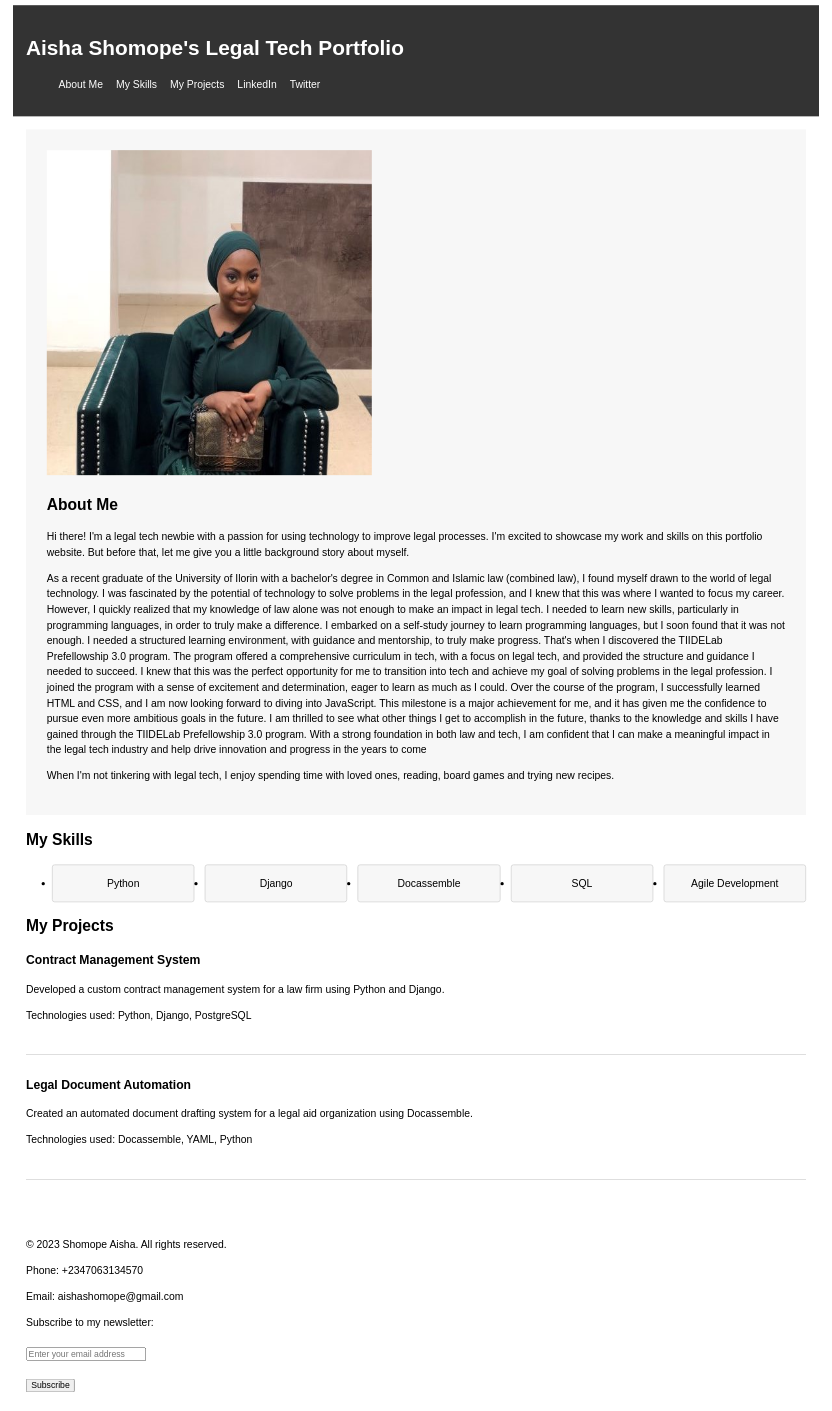
Repository: Iyewande/AishasPortfolio
Page: Index.html
The author's editor kept a copy of each file at every save. The page is drawn from the files as they stood at one save, then again after the next save.
The browser window is 1280 px wide. The pictures show the whole page, at 65% of full size.

Above is the page before, as saved 2023-04-30 20:13:05.

### Index.html
<!DOCTYPE html>
<html lang="en">
    <head>
        <meta charset="UTF-8">
        <meta http-equiv="X-UA-Compatible" content="IE=edge">
        <meta name="viewport" content="width=device-width, initial-scale=1.0">
        <title>My Legal Tech Portfolio</title>
        <link rel="stylesheet" href="Style.css">
    </head>
    <body>
        <!-- This HTML code creates a simple portfolio website with three main sections: About Me, My Projects, and My Skills.
            The navigation menu allows visitors to easily navigate between the sections of the website. The CSS styling for
            this website is located in a separate style.css file. -->
        <header>
            <h1> Aisha Shomope's Legal Tech Portfolio </h1>
            <nav>
                <ul>
                    <li><a href="#about">About Me</a></li>
                    <li><a href="#skills">My Skills</a></li>
                    <li><a href="#projects">My Projects</a></li>
                    <li><a href="https://www.linkedin.com/in/yourprofile/">LinkedIn</a></li>
                    <li><a href="https://twitter.com/yourhandle/">Twitter</a></li>
                  </ul>
            </nav>
        </header>
        <main>
            <section id="about">
                <div class="main-container"></div>
                <img src="E17CF07F-F5B1-4C94-9C3E-8D25C5FEC29B.jpg" alt="A picture of me" height="500" width="500">
                <h2>About Me</h2>
                <p>Hi there! I'm a legal tech newbie with a passion for using technology to improve legal processes. I'm excited to
                    showcase my work and skills on this portfolio website. But before that, let me give you a little background story about myself.</p>
                <article>
                    As a recent graduate of the University of Ilorin with a bachelor's degree in Common and Islamic law (combined law), I found myself drawn to the world of legal technology. I was fascinated by the potential of technology to solve problems in the legal profession, and I knew that this was where I wanted to focus my career.
                    However, I quickly realized that my knowledge of law alone was not enough to make an impact in legal tech. I needed to learn new skills, particularly in programming languages, in order to truly make a difference. I embarked on a self-study journey to learn programming languages, but I soon found that it was not enough. I needed a structured learning environment, with guidance and mentorship, to truly make progress.
                    That's when I discovered the TIIDELab Prefellowship 3.0 program. The program offered a comprehensive curriculum in tech, with a focus on legal tech, and provided the structure and guidance I needed to succeed. I knew that this was the perfect opportunity for me to transition into tech and achieve my goal of solving problems in the legal profession.
                    I joined the program with a sense of excitement and determination, eager to learn as much as I could. Over the course of the program, I successfully learned HTML and CSS, and I am now looking forward to diving into JavaScript. This milestone is a major achievement for me, and it has given me the confidence to pursue even more ambitious goals in the future.
                    I am thrilled to see what other things I get to accomplish in the future, thanks to the knowledge and skills I have gained through the TIIDELab Prefellowship 3.0 program. With a strong foundation in both law and tech, I am confident that I can make a meaningful impact in the legal tech industry and help drive innovation and progress in the years to come</article>
                <p>When I'm not tinkering with legal tech, I enjoy spending time with loved ones, reading, board games and trying new recipes.</p>
              </section>
              <section id="skills">
                <div class="main-container"></div>
                <h2>My Skills</h2>
                <ul>
                  <li>Python</li>
                  <li>Django</li>
                  <li>Docassemble</li>
                  <li>SQL</li>
                  <li>Agile Development</li>
                </ul>
              </section>
              <section id="projects">
                <div class="main-container"></div>
                <h2>My Projects</h2>
                <ul>
                  <li>
                    <h3>Contract Management System</h3>
                    <p>Developed a custom contract management system for a law firm using Python and Django.</p>
                    <p>Technologies used: Python, Django, PostgreSQL</p>
                  </li>
                  <li>
                    <h3>Legal Document Automation</h3>
                    <p>Created an automated document drafting system for a legal aid organization using Docassemble.</p>
                    <p>Technologies used: Docassemble, YAML, Python</p>
                  </li>
                </ul>
              </section>

        </main>
        <footer>
            <div class="footer-container">
                <p>&copy; 2023 Shomope Aisha. All rights reserved.</p>
                <div class="contact">
                    <p>Phone: +2347063134570</p>
                    <p>Email: aishashomope@gmail.com</p>
                </div>
                <form action="#" method="post">
                    <label for="subscribe">Subscribe to my newsletter:</label>
                    <br><br>
                    <input type="email" id="subscribe" name="subscribe" placeholder="Enter your email address">
                    <br><br>
                    <button type="submit">Subscribe</button>
                </form>
            </div>
        </footer>
    </body>
</html>

### Style.css
/* Global styles */
/* This CSS file defines styles for the entire website, as well as specific styles for the different sections of the website.
For example, the header element has a dark background color and white text color, while the #skills section uses a grid layout
to display a list of skills. These styles are used to enhance the design and usability of the website.*/

/* body {
    font-family: Arial, sans-serif;
    font-size: 16px;
    line-height: 1.5;
    margin: 0;
    padding: 0;
  }

  h1, h2, h3 {
    font-family: 'Montserrat', sans-serif;
  }

  header {
    background-color: #333;
    color: #fff;
    display: flex;
    justify-content: space-between;
    padding: 1em;
  }

  nav ul {
    display: flex;
    list-style: none;
    margin: 0;
    padding: 0;
  }

  nav ul li {
    margin-right: 1em;
  }

  nav ul li a {
    color: #fff;
    text-decoration: none;
  }

  nav ul li a:hover {
    text-decoration: underline;
  }

  section {
    margin: 2em 0;
  }

  /* Specific styles */

  #about {
    background-color: #f7f7f7;
    padding: 2em;
  }

  #about p {
    margin-bottom: 1em;
  }

  #projects ul {
    list-style: none;
    margin: 0;
    padding: 0;
  }

  #projects li {
    border-bottom: 1px solid #ccc;
    margin-bottom: 2em;
    padding-bottom: 2em;
  }

  #projects h3 {
    margin-top: 0;
  }

  #projects p {
    margin-bottom: 1em;
  }

  #skills ul {
    display: grid;
    grid-template-columns: repeat(auto-fit, minmax(120px, 1fr));
    grid-gap: 1em;
  }

  #skills li {
    background-color: #f7f7f7;
    border: 1px solid #ccc;
    border-radius: 4px;
    padding: 1em;
    text-align: center;
  }
   */
  /* Global Styles */
* {
    box-sizing: border-box;
    margin: 0;
    padding: 0;
}

body {
    font-family: Arial, sans-serif;
    font-size: 16px;
    line-height: 1.5;
}

header, main, footer {
    max-width: 1200px;
    margin: 0 auto;
    padding: 20px;
}

/* Header Styles */
header {
    background-color: #333;
    color: #fff;
}

.header-container {
    display: flex;
    justify-content: space-between;
    align-items: center;
}

nav ul {
    display: flex;
    list-style: none;
}

nav ul li {
    margin: 0 10px;
}

nav ul li a {
    color: #fff;
    text-decoration: none;
}

nav ul li a:hover {
    text-decoration: underline;
}

After the next save:
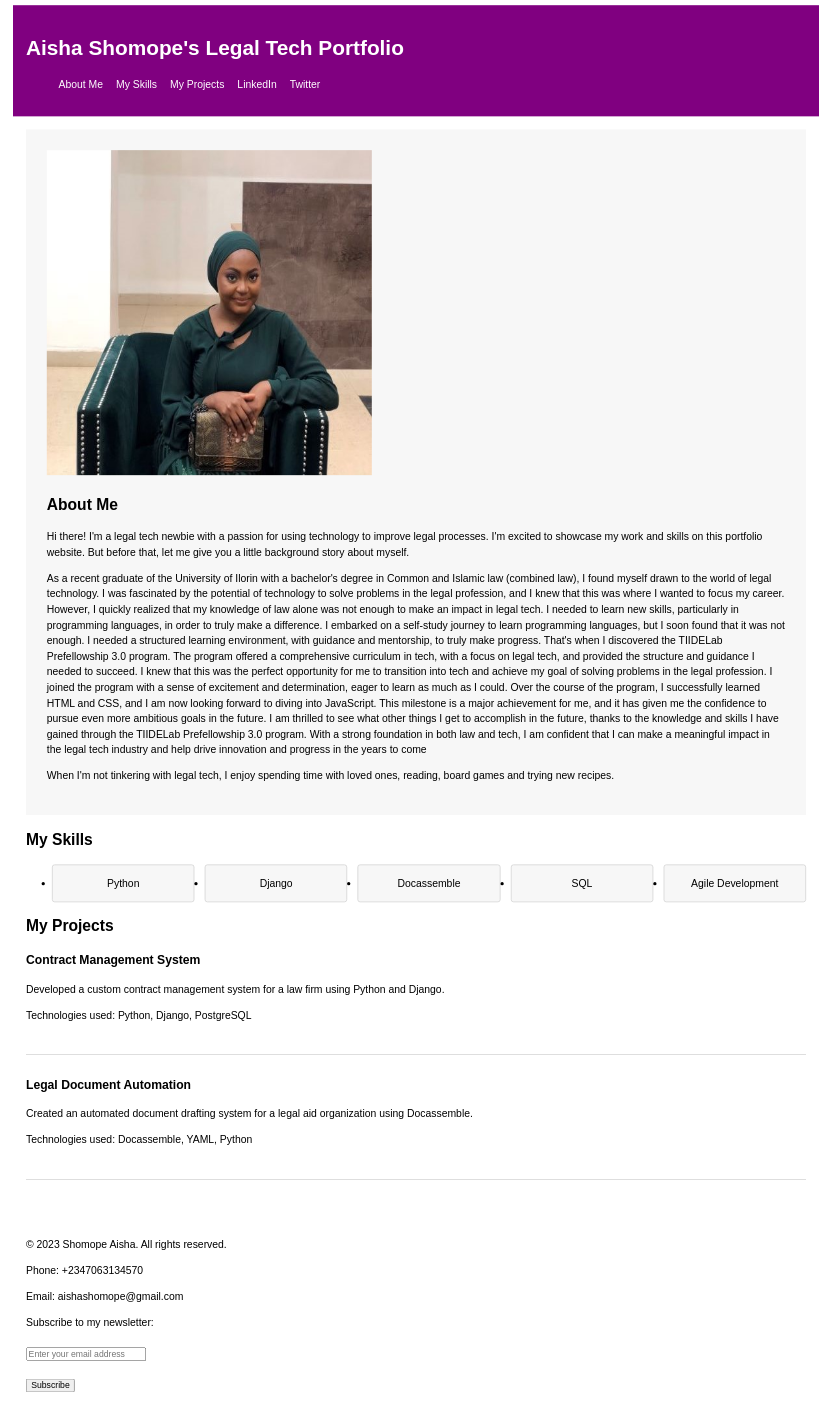
Saved 6 min 36 s later.
--- a/Style.css
+++ b/Style.css
@@ -113,7 +113,7 @@
 
 /* Header Styles */
 header {
-    background-color: #333;
+    background-color: purple;
     color: #fff;
 }
 

After the save that followed:
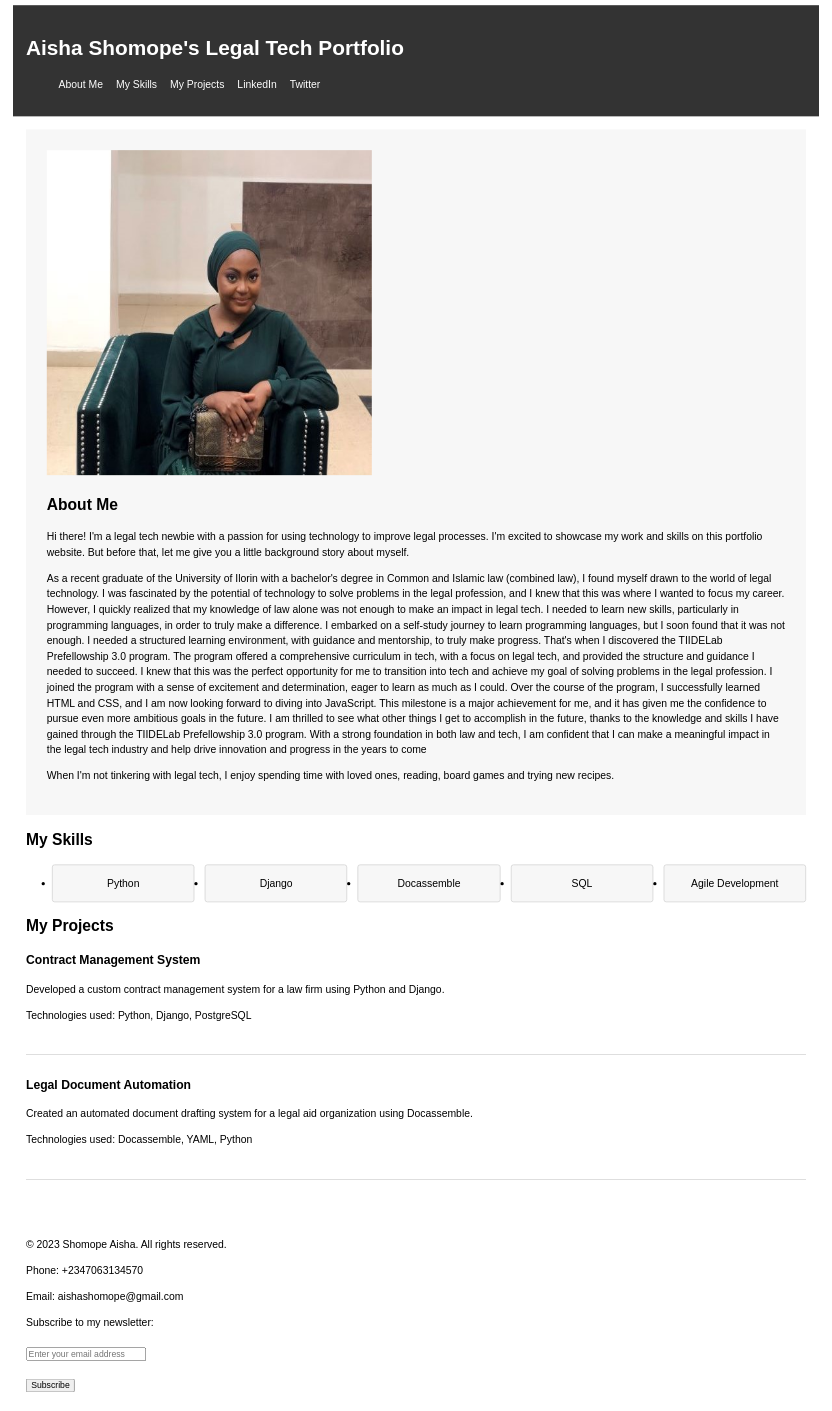
Saved 48 s later.
--- a/Style.css
+++ b/Style.css
@@ -113,7 +113,7 @@
 
 /* Header Styles */
 header {
-    background-color: purple;
+    background-color: #333;
     color: #fff;
 }
 
